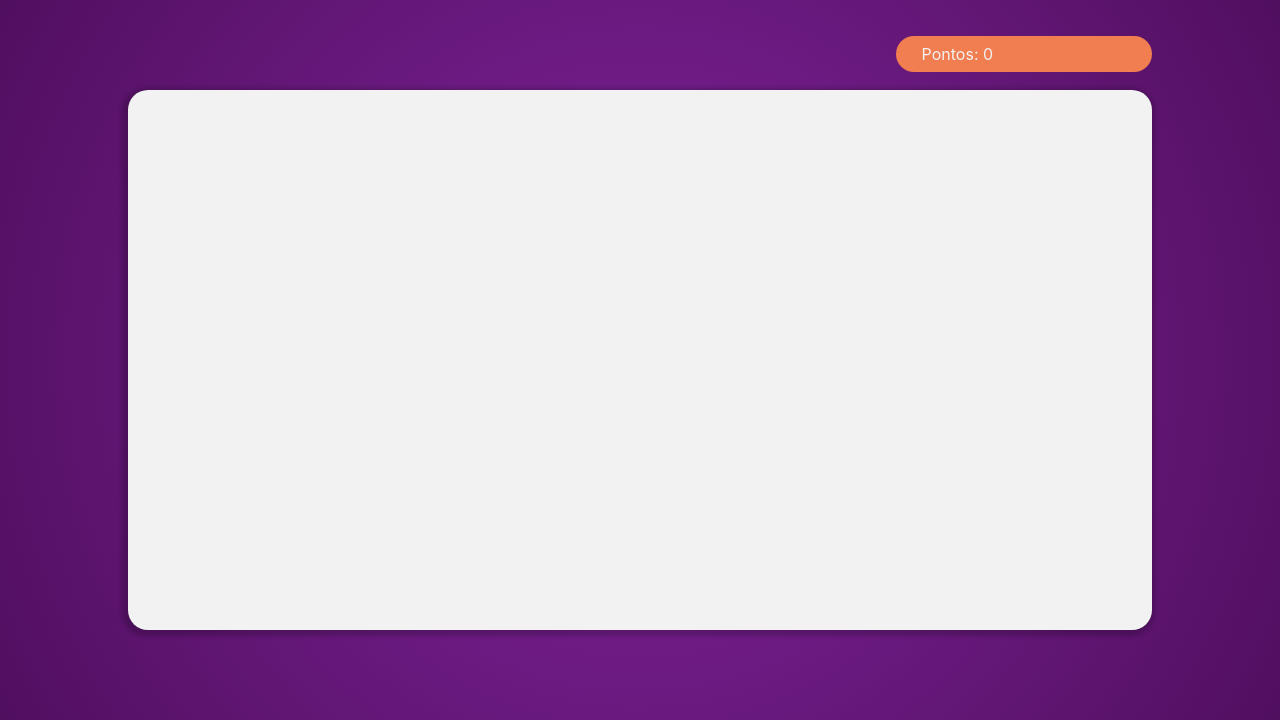
Repository: gabrielejandres/bd-final-project
Page: /play (app in frontend/)
The author's editor kept a copy of each file at every save. The page is drawn from the files as they stood at one save, then again after the next save.
The browser window is 1280 px wide. The pictures show the whole page.
The project was rebuilt for these pictures with package versions that can differ from the ones it lists, and the page was loaded fresh each time. Also part of the build but not shown: frontend/src/App.css, frontend/src/components/Button/index.jsx, frontend/src/components/Logo/style.css, frontend/src/components/Logo/index.jsx, frontend/src/components/Footer/Login/index.jsx, frontend/src/pages/Login/index.jsx, frontend/src/components/Footer/Home/style.css, frontend/src/components/Footer/Home/index.jsx and 1 more.

Above is the page before, as saved 2022-03-05 21:37:14.

After the next save:
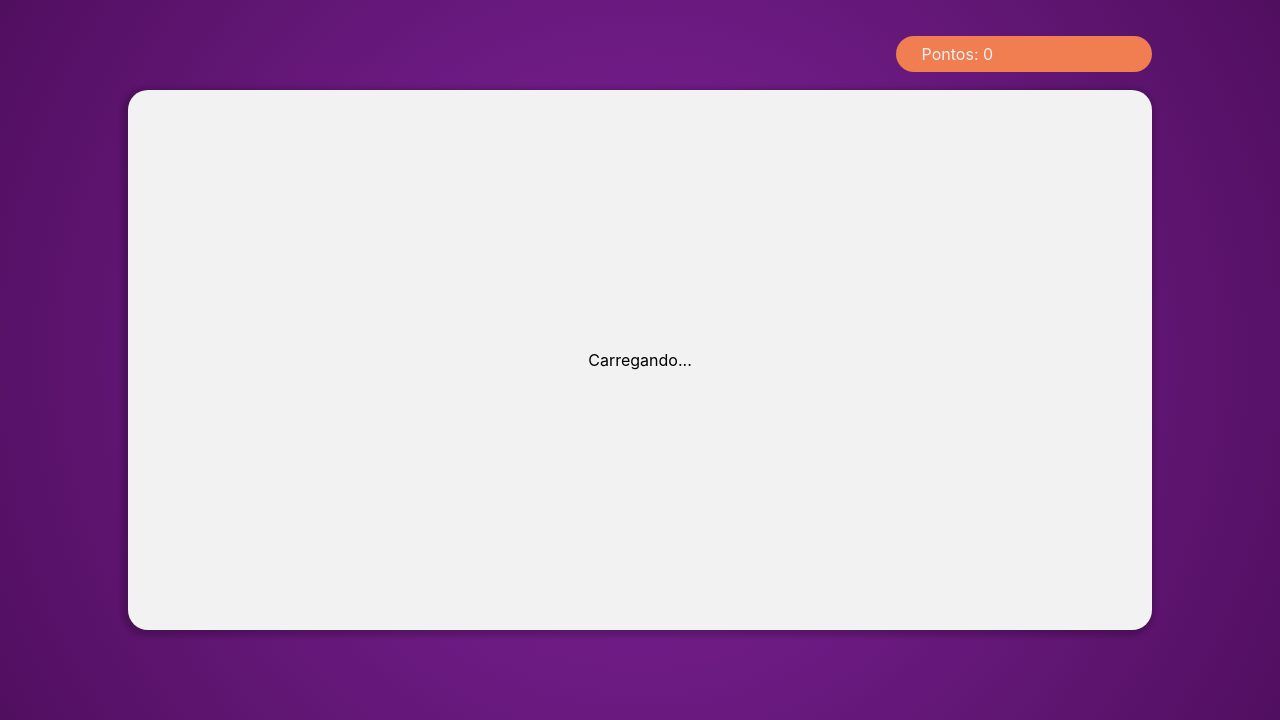
Saved 2 min 2 s later.
--- a/frontend/src/pages/Play/index.jsx
+++ b/frontend/src/pages/Play/index.jsx
@@ -4,7 +4,7 @@ import './style.css'
 export default function Play(){
 
   const [score, setScore] = useState(0)
-
+  const [question, setQuestion] = useState('Carregando...')
   useEffect(()=>{
 
   }, [score])
@@ -17,7 +17,7 @@ export default function Play(){
       <div className="game-container">
         <div className="game-header">
           <div className="game-question">
-
+            {question}
           </div>
           <div className="game-timer">
 
